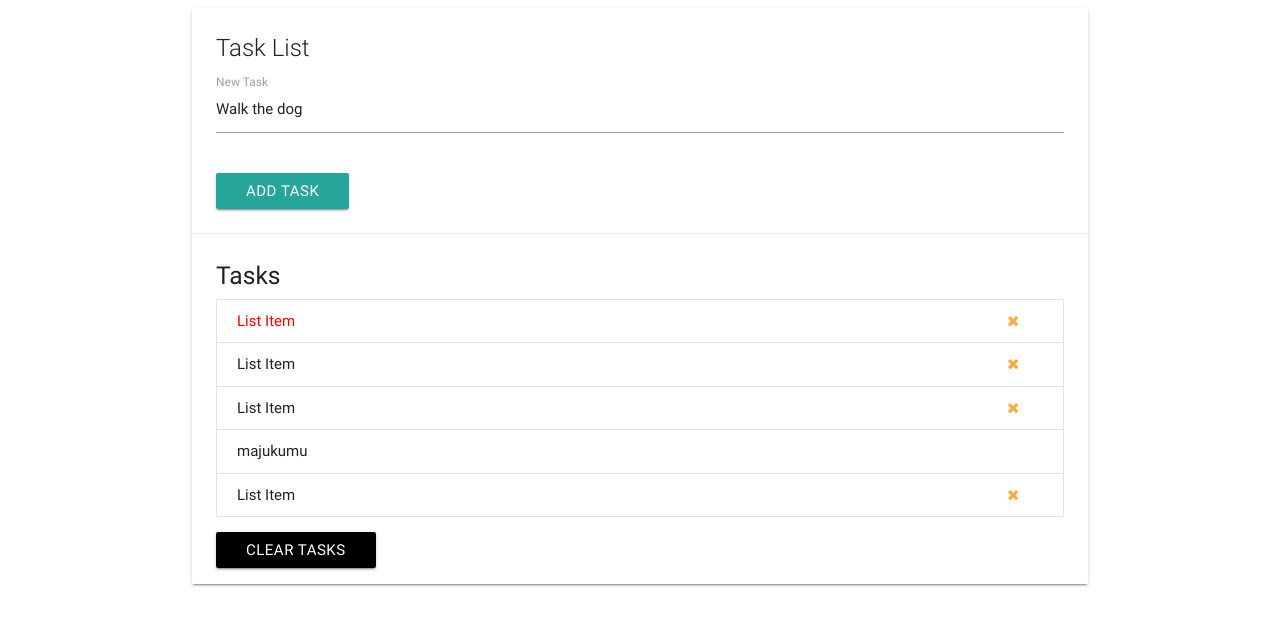
Repository: brianokanga/modern-javascript
Page: Section 3/index.html
The author's editor kept a copy of each file at every save. The page is drawn from the files as they stood at one save, then again after the next save.
The browser window is 1280 px wide. The pictures show the whole page.
Some web libraries are served in a nearby version.

Above is the page before, as saved 2020-04-03 02:41:32.

After the next save:
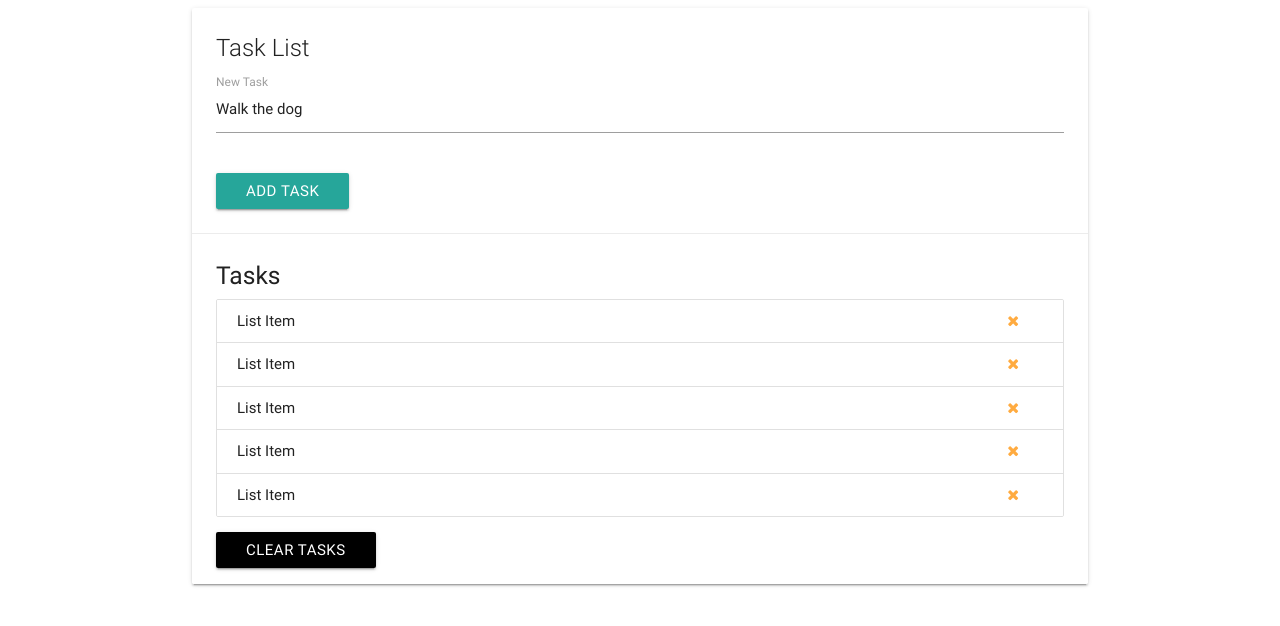
Console error: SyntaxError: Identifier 'listItems' has already been declared
Saved 88 s later.
--- a/Section 3/app.js
+++ b/Section 3/app.js
@@ -81,3 +81,11 @@ items[3].textContent = 'majukumu';
 const listItems = document.querySelector('ul').getElementsByClassName = ('collection-item');
 
 //getElementsByTagName
+const lis = document.getElementsByTagName('lis');
+console.log(items);
+console.log(items[0]);
+
+items[0].style.color = 'red';
+items[3].textContent = 'majukumu';
+
+const listItems = document.querySelector('ul').getElementsByClassName = ('collection-item');

After the 6 saves that followed:
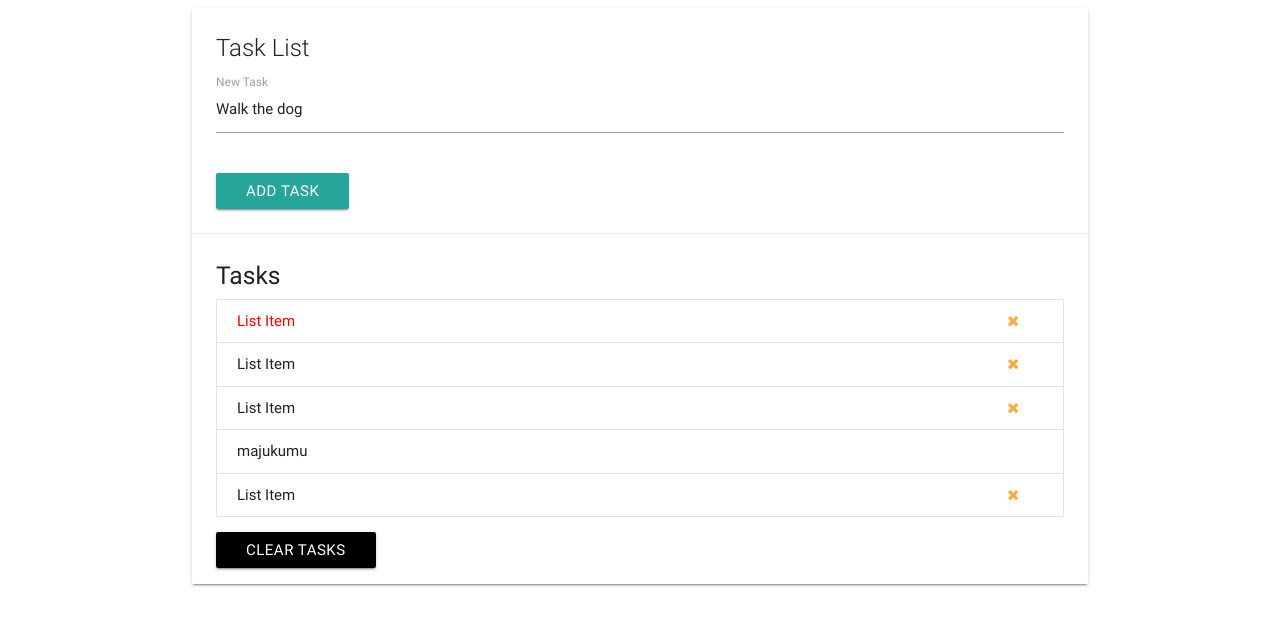
The error is gone.
The 6 saves are shown as one change because 5 left the picture as it was.
The last was saved 3 min 24 s later.
--- a/Section 3/app.js
+++ b/Section 3/app.js
@@ -71,21 +71,19 @@
 // document.querySelector('li:nth-child(even)').style.background = 'purple';
 
 //documents.getElementsByClassName
-const items = document.getElementsByClassName('collection-item');
-console.log(items);
-console.log(items[0]);
+// const items = document.getElementsByClassName('collection-item');
+// console.log(items);
+// console.log(items[0]);
 
-items[0].style.color = 'red';
-items[3].textContent = 'majukumu';
+// items[0].style.color = 'red';
+// items[3].textContent = 'majukumu';
 
-const listItems = document.querySelector('ul').getElementsByClassName = ('collection-item');
+// const listItems = document.querySelector('ul').getElementsByClassName = ('collection-item');
 
 //getElementsByTagName
-const lis = document.getElementsByTagName('lis');
-console.log(items);
-console.log(items[0]);
+const lis = document.getElementsByTagName('li');
+console.log(lis);
+console.log(lis[0]);
 
-items[0].style.color = 'red';
-items[3].textContent = 'majukumu';
-
-const listItems = document.querySelector('ul').getElementsByClassName = ('collection-item');
+lis[0].style.color = 'red';
+lis[3].textContent = 'majukumu';
